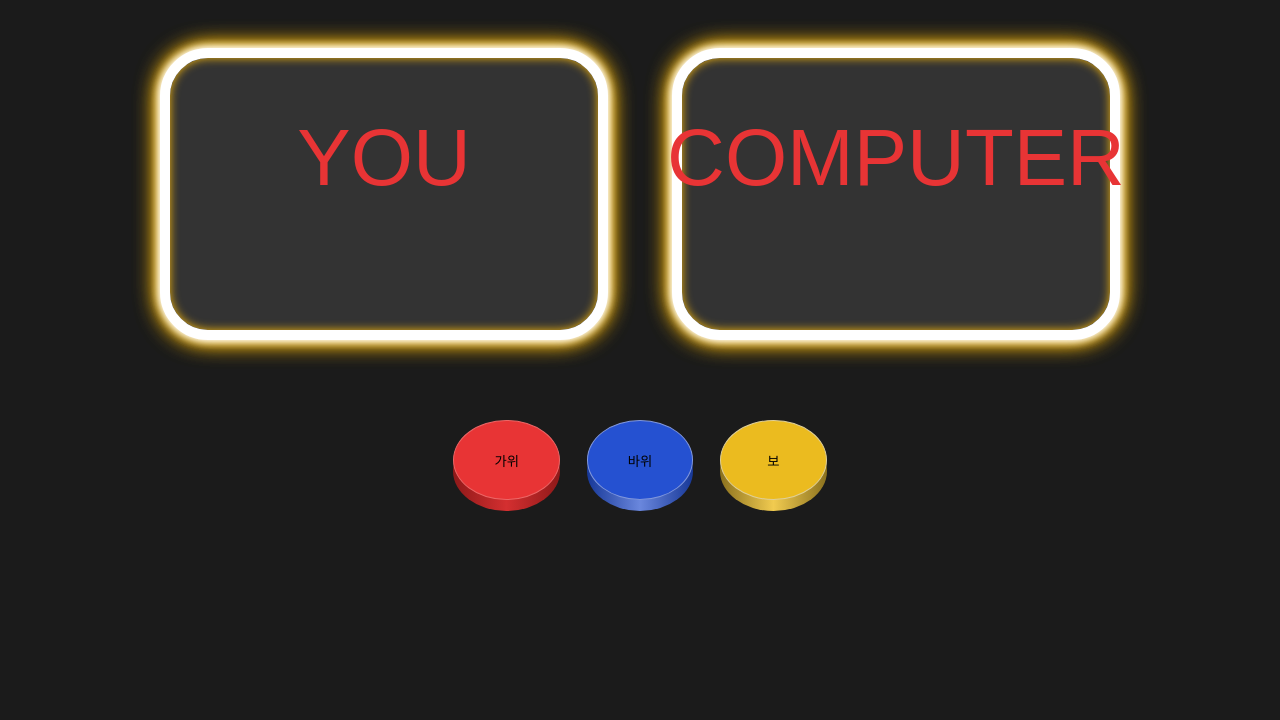
Repository: KIMMIHYE12/classComponent
Page: /
An editor plug-in stored every save of this project. The page is shown before and after the next save, followed by the edit.
The browser window is 1280 px wide. The pictures show the whole page.
Some web fonts or font styles are not loaded; a fallback is used. The project was rebuilt for these pictures with package versions that can differ from the ones it lists, and the page was loaded fresh each time.

Above is the page before, as saved 2024-03-19 21:59:38.

### src/App.js
import { object } from "prop-types";
import { useState } from "react";
import "./App.css";
import { Box } from "./component/Box";

const choice = {
  scissors: {
    name: "Scissors",
    img: "/images/scissors.png",
    describe: "가위 이미지",
  },
  rock: {
    name: "Rock",
    img: "/images/rock.png",
    describe: "바위 이미지",
  },
  paper: {
    name: "Paper",
    img: "/images/paper.png",
    describe: "보 이미지",
  },
};

function App() {
  const [userSelect, setUserSelect] = useState(null);
  const [computerSelect, setComputerSelect] = useState(null);
  const [result, setResult] = useState("");

  const play = (userChoice) => {
    setUserSelect(choice[userChoice]);
    let computerChoice = remdomChoice();
    setComputerSelect(computerChoice);
    setResult(judgement(choice[userChoice], computerChoice));
  };

  const remdomChoice = () => {
    let itemArray = Object.keys(choice);
    let randomItem = Math.floor(Math.random() * itemArray.length);
    let final = itemArray[randomItem];
    return choice[final];
  };

  const judgement = (user, computer) => {
    if (user.name == computer.name) {
      return "Tie";
    } else if (user.name == "Scissors")
      return computer.name == "Paper" ? "Win" : "Lose";
    else if (user.name == "Rock")
      return computer.name == "Scissors" ? "Win" : "Lose";
    else if (user.name == "Paper")
      return computer.name == "Rock" ? "Win" : "Lose";
  };

  return (
    <div className='content'>
      <div className='game_screen'>
        <Box title='YOU' item={userSelect} result={result} />
        <Box title='COMPUTER' item={computerSelect} result={result} />
      </div>
      <div className='btn_wrap'>
        <button
          className='scissors'
          onClick={() => {
            play("scissors");
          }}
        >
          가위
        </button>
        <button
          className='rock'
          onClick={() => {
            play("rock");
          }}
        >
          바위
        </button>
        <button
          className='paper'
          onClick={() => {
            play("paper");
          }}
        >
          보
        </button>
      </div>
    </div>
  );
}

export default App;

### src/App.css
@import url("https://use.typekit.net/ebb2deg.css");

* {
  box-sizing: border-box;
}

.content {
  height: 100vh;
  padding: 3em 0;
  background-color: #1b1b1b;
}

.game_screen {
  width: 100%;
  display: flex;
  justify-content: center;
}

.box {
  width: 35%;
  display: flex;
  flex-direction: column;
  align-items: center;
  margin: 0 2em;
  border: 10px solid #444;
  background: #333;
  border-radius: 3rem;
}

.neon {
  border: 10px solid #fff;
  box-shadow: 0 0 10px #fff, 0 0 10px #fff, 0 0 24px #f5b70c, 0 0 16px #f5b70c,
    0 0 24px #f5b70c, inset 0 0 10px #f5b70c;
}

h1 {
  font-size: 5em;
  color: #e83435;
  font-family: "gloridot", sans-serif;
  font-weight: 400;
  font-style: normal;
}

h2 {
  font-size: 2em;
  color: #e83435;
  font-family: "gloridot", sans-serif;
  font-weight: 400;
  font-style: normal;
  letter-spacing: 0.3rem;
}

img {
  width: 100%;
}

.btn_wrap {
  position: relative;
  margin-top: 5em;
  display: flex;
  justify-content: center;
  z-index: 1;
}

.btn_wrap button {
  position: relative;
  width: 8em;
  height: 6em;
  margin: 0 1em;
  border-radius: 50%;
  top: 0;
  outline: 0;
}

.btn_wrap button.scissors {
  background-color: #e83435;
  border: 1px solid #ec6666;
}

.btn_wrap button.rock {
  background-color: #2551d1;
  border: 1px solid #8097dc;
}

.btn_wrap button.paper {
  background-color: #ebbb1f;
  border: 1px solid #dfcf98;
}

.btn_wrap button:before {
  width: 8em;
  height: 6em;
  display: inline-block;
  content: "";
  position: absolute;
  top: 10px;
  left: -1px;
  right: 0;
  background: red;
  border-radius: 50%;
  z-index: -1;
}

.btn_wrap button.scissors:before {
  background: linear-gradient(
    90deg,
    rgba(143, 25, 25, 1) 0%,
    rgba(212, 47, 48, 1) 50%,
    rgba(143, 25, 25, 1) 100%
  );
}

.btn_wrap button.rock:before {
  background: linear-gradient(
    90deg,
    rgba(23, 56, 152, 1) 0%,
    rgba(106, 135, 221, 1) 50%,
    rgba(23, 56, 152, 1) 100%
  );
}

.btn_wrap button.paper:before {
  background: linear-gradient(
    90deg,
    rgba(139, 113, 30, 1) 0%,
    rgba(241, 203, 80, 1) 50%,
    rgba(139, 113, 30, 1) 100%
  );
}

.btn_wrap button:active {
  top: 4px;
}

.btn_wrap button:active:before {
  top: 6px;
}

### src/component/Box.js
import React from "react";

export const Box = (props) => {
  let result;
  console.log("title", props.title);

  if (
    props.title === "COMPUTER" &&
    props.result !== "Tie" &&
    props.result !== ""
  ) {
    result = props.result == "Win" ? "Lose" : "Win";
  } else {
    result = props.result;
  }

  return (
    <div className={`box ${result == "Lose" ? "" : "neon"}`}>
      <h1>{props.title}</h1>
      <div className='img_wrap'>
        <img
          src={props.item && props.item.img}
          alt={props.item && props.item.describe}
        />
      </div>

      <h2>{result}</h2>
    </div>
  );
};

Loaded but not shown: public/index.html (common file); src/index.js (common file); src/index.css (common file); src/reportWebVitals.js (common file)

After the next save:
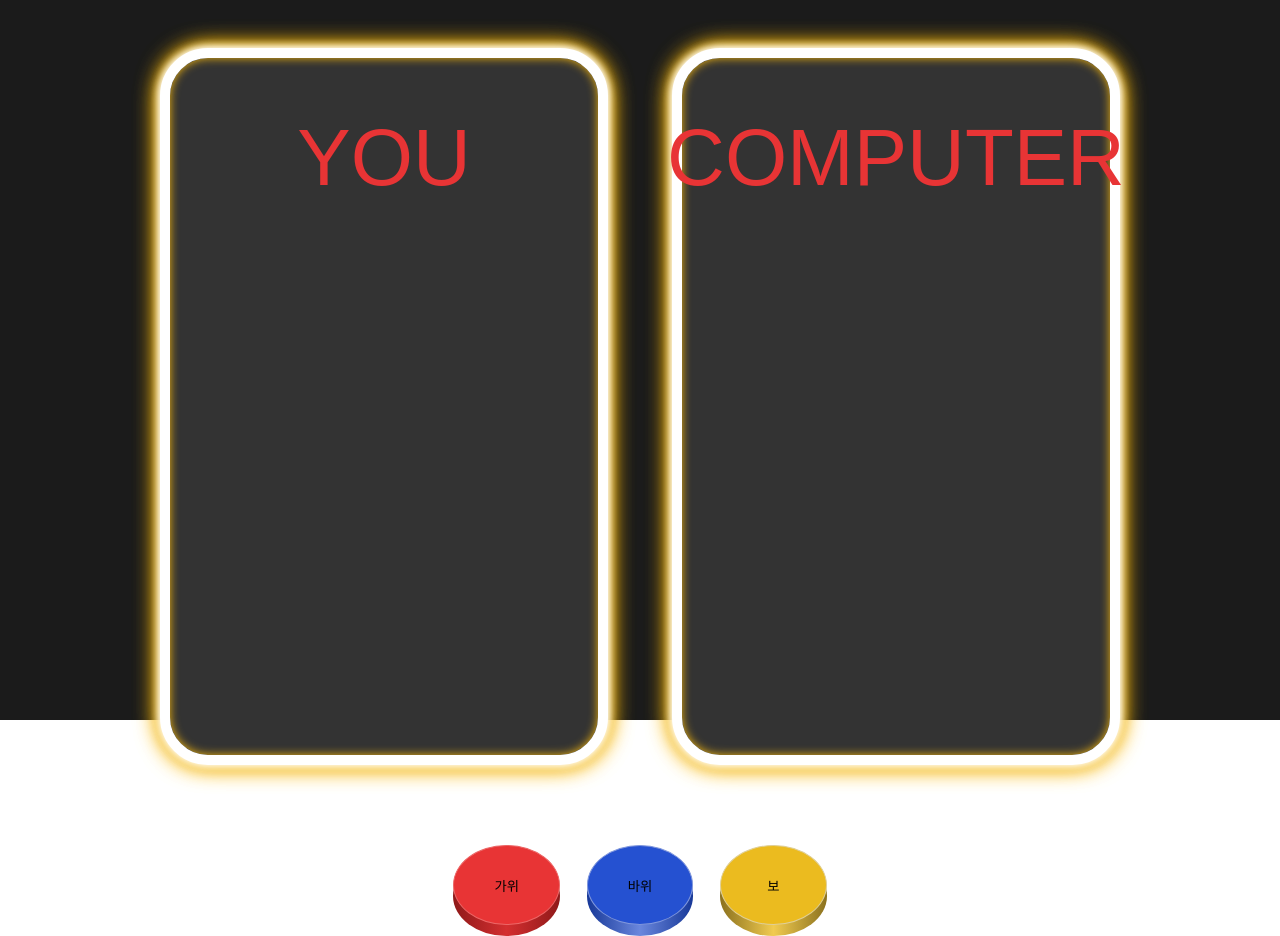
Saved 2 min 1 s later.
--- a/src/App.css
+++ b/src/App.css
@@ -48,6 +48,12 @@ h2 {
   font-weight: 400;
   font-style: normal;
   letter-spacing: 0.3rem;
+}
+
+.img_wrap {
+  width: 70%;
+  height: 0;
+  padding-bottom: 104%;
 }
 
 img {
